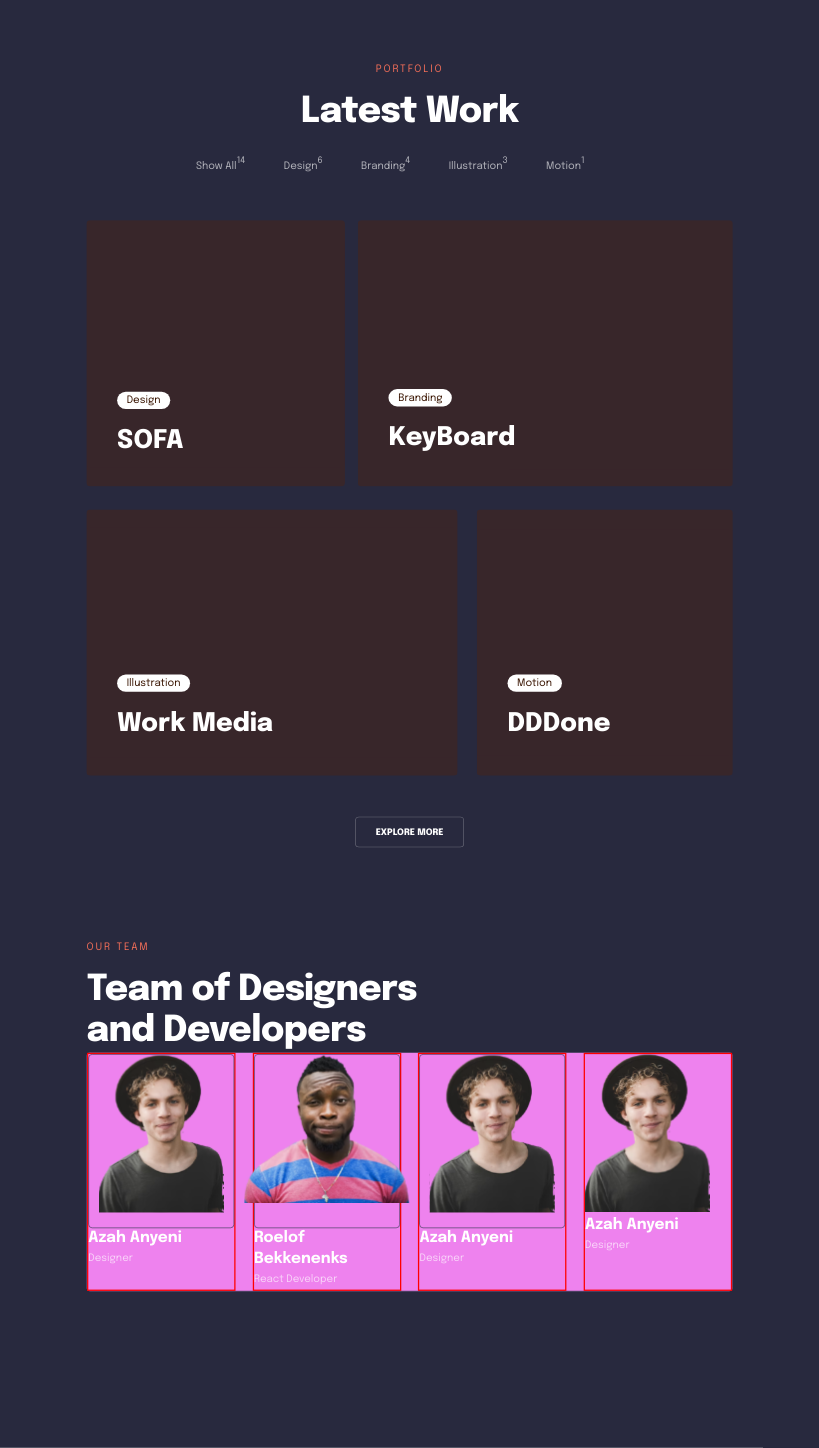
Repository: FidanXankishiyeva/figma-positions-task
Page: index.html
The author's editor kept a copy of each file at every save. The page is drawn from the files as they stood at one save, then again after the next save.
The browser window is 1280 px wide. The pictures show the whole page, at 64% of full size.

Above is the page before, as saved 2023-08-10 13:46:00.

After the next save:
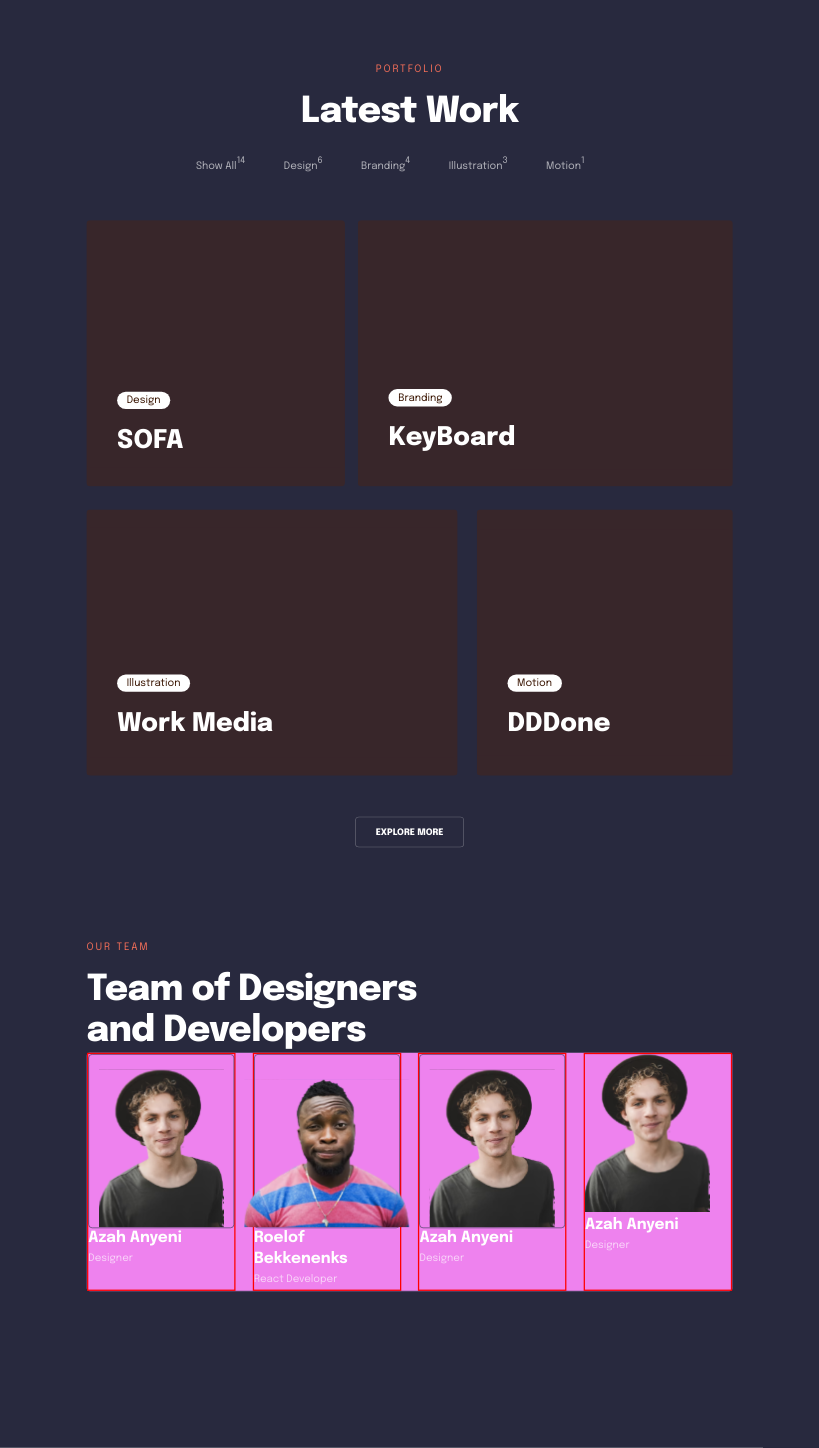
Saved 4 s later.
--- a/index.css
+++ b/index.css
@@ -294,7 +294,7 @@ button {
   border: 1px solid #3a3c56;
   display: flex;
   justify-content: center;
-  align-items: baseline;
+  align-items: flex-end;
 }
 .team-person ul li:first-child img {
   width: 196px;
